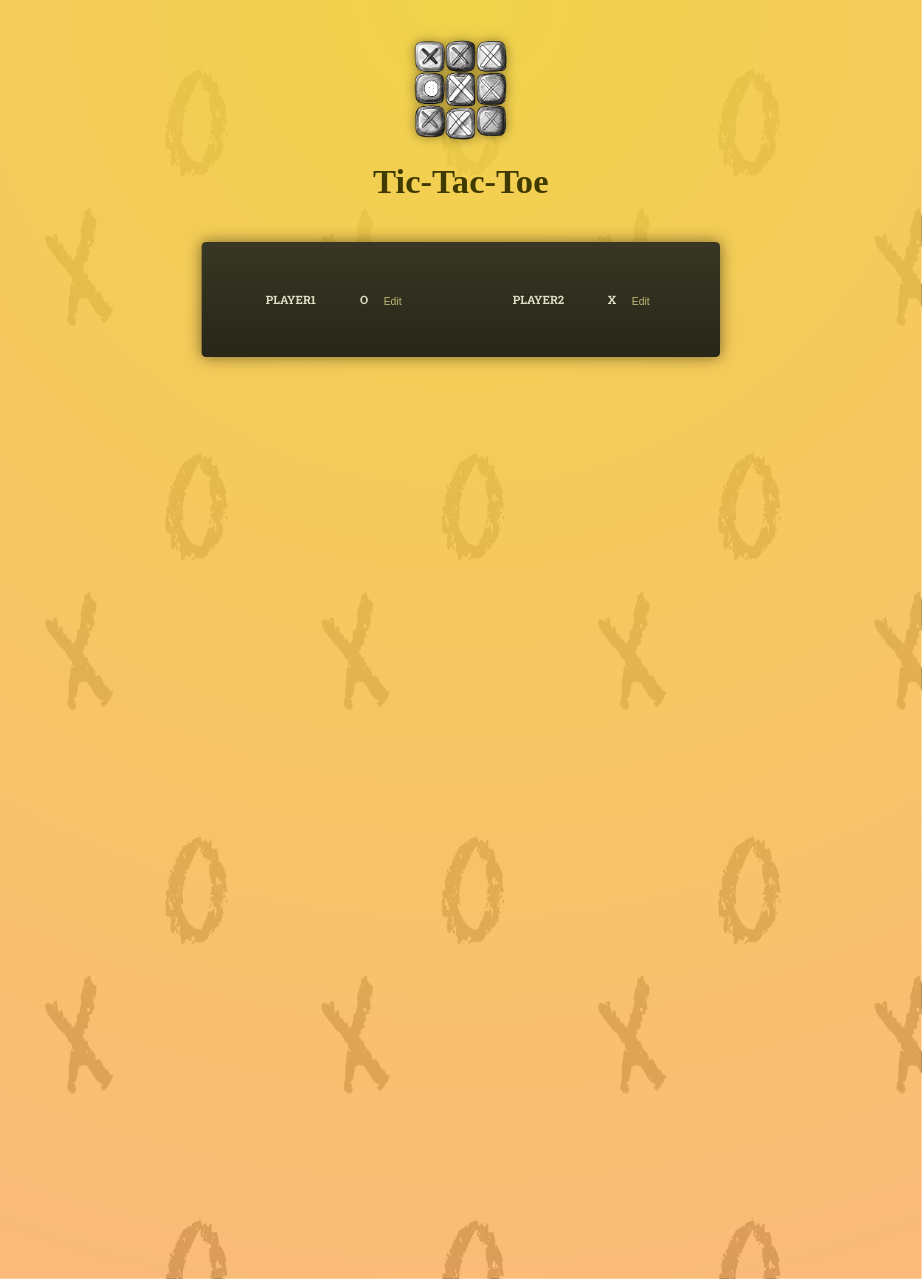
Repository: collyrium921/tic-tac-toe
Page: /
An editor plug-in stored every save of this project. The page is shown before and after the next save, followed by the edit.
The browser window is 1280 px wide. The pictures show the whole page, at 72% of full size.
Some web fonts or font styles are not loaded; a fallback is used. The project was rebuilt for these pictures with package versions that can differ from the ones it lists, and the page was loaded fresh each time. Also part of the build but not shown: vite.config.js.

Above is the page before, as saved 2024-05-23 01:05:27.

### index.html
<!DOCTYPE html>
<html lang="en">
  <head>
    <meta charset="UTF-8" />
    <link rel="icon" type="image/svg+xml" href="/game-logo.png" />
    <meta name="viewport" content="width=device-width, initial-scale=1.0" />
    <title>React Tic-Tac-Toe</title>
  </head>
  <body>
    <header>
      <img src="game-logo.png" alt="tic tac toe">
      <h1>Tic-Tac-Toe</h1>
    </header>
    <div id="root"></div>
    <script type="module" src="/src/index.jsx"></script>
  </body>
</html>

### src/App.jsx
import Player from "./components/Player";

function App() {
  return (
    <main>
      <div id="game-container">
        <ol id="players">
          <Player name="Player1" symbol="O" />
          <Player name="Player2" symbol="X" />
        </ol>
      </div>
    </main>
  );
}

export default App;

### src/components/Player.jsx
import { useState } from "react";
export default function Player({ name, symbol }) {
  const [isEditing, setIsEditing] = useState(false);

  function handleEditClick() {
    //runs instantly which means noting will happen to the button value
    setIsEditing(editing=> !editing);
  }
  return (
    <li>
      <span className="player">
        {!isEditing ? (
          <span className="player-name">{name}</span>
        ) : (
          <input type="text" required value={name} />
        )}
        <span className="player-symbol">{symbol}</span>
      </span>
      <button onClick={handleEditClick}>{isEditing?'Save':'Edit'}</button>
    </li>
  );
}

Loaded but not shown: src/index.jsx (common file); src/index.css (common file)

After the next save:
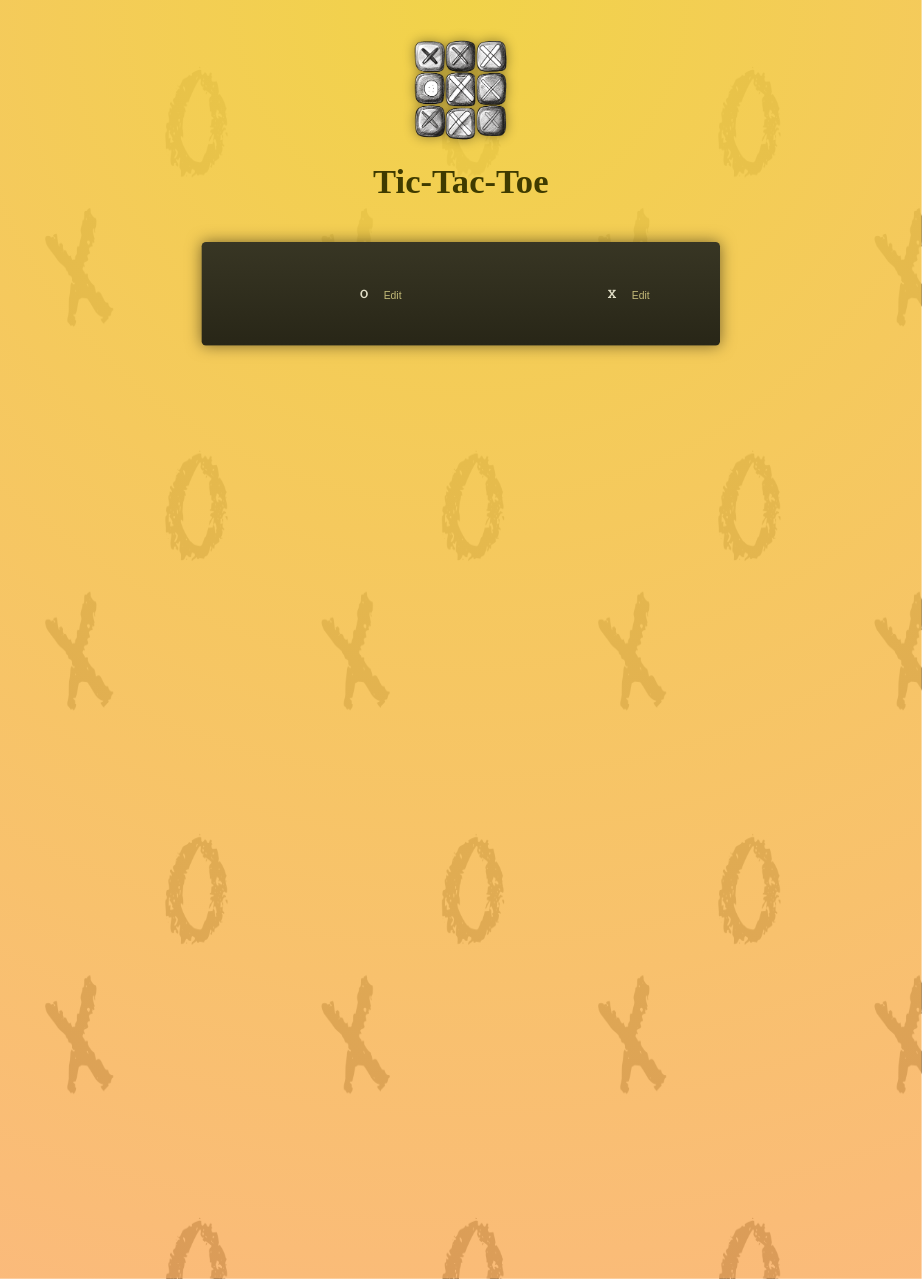
Saved 2 min 34 s later.
--- a/src/components/Player.jsx
+++ b/src/components/Player.jsx
@@ -1,5 +1,6 @@
 import { useState } from "react";
-export default function Player({ name, symbol }) {
+export default function Player({ initialName, symbol }) {
+  const [playerName, setPlayerName] = useState(initialName);
   const [isEditing, setIsEditing] = useState(false);
 
   function handleEditClick() {
@@ -10,9 +11,9 @@ export default function Player({ name, symbol }) {
     <li>
       <span className="player">
         {!isEditing ? (
-          <span className="player-name">{name}</span>
+          <span className="player-name">{initialName}</span>
         ) : (
-          <input type="text" required value={name} />
+          <input type="text" required value={initialName} />
         )}
         <span className="player-symbol">{symbol}</span>
       </span>

After the save that followed:
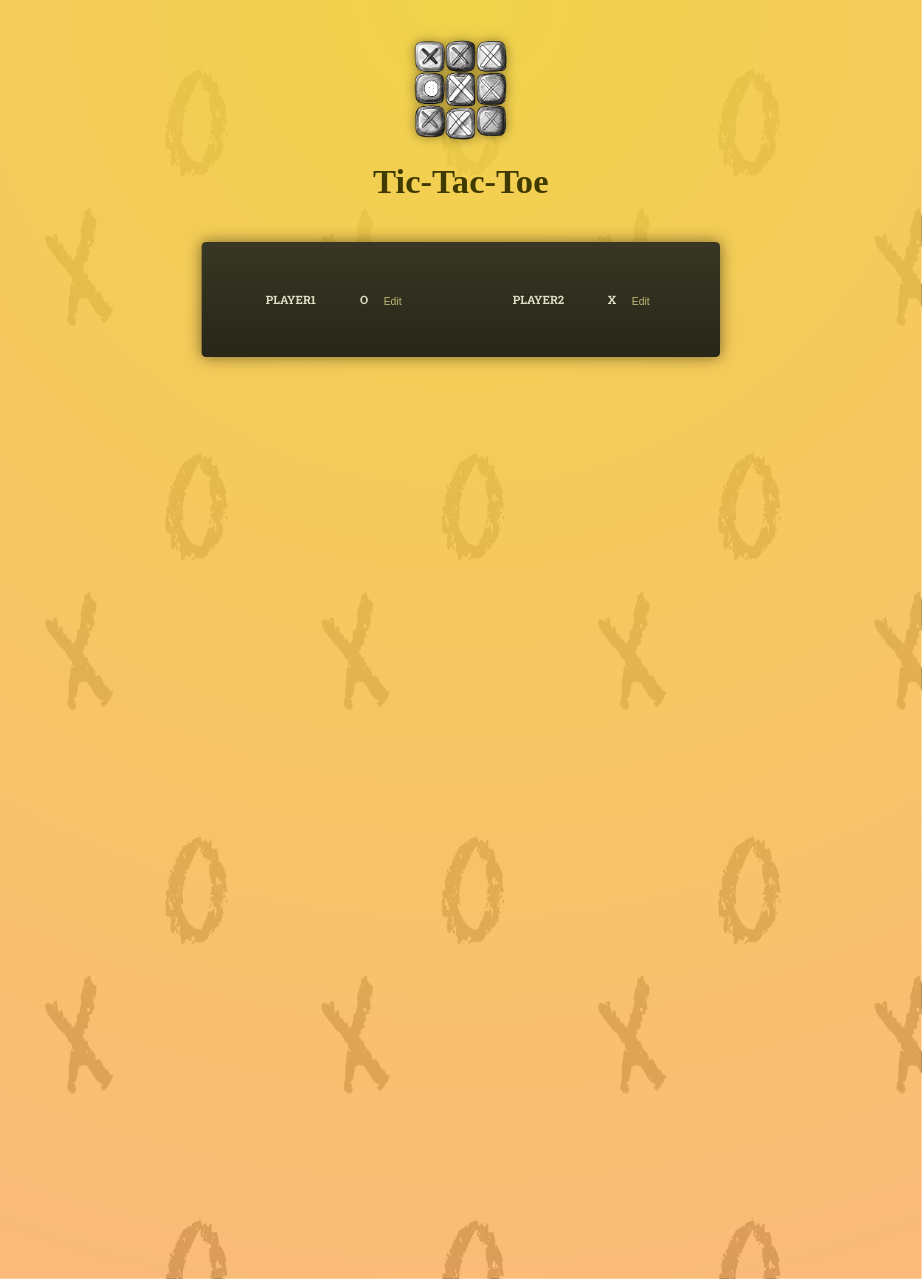
Saved 11 s later.
--- a/src/App.jsx
+++ b/src/App.jsx
@@ -5,8 +5,8 @@ function App() {
     <main>
       <div id="game-container">
         <ol id="players">
-          <Player name="Player1" symbol="O" />
-          <Player name="Player2" symbol="X" />
+          <Player initialName="Player1" symbol="O" />
+          <Player initialName="Player2" symbol="X" />
         </ol>
       </div>
     </main>
